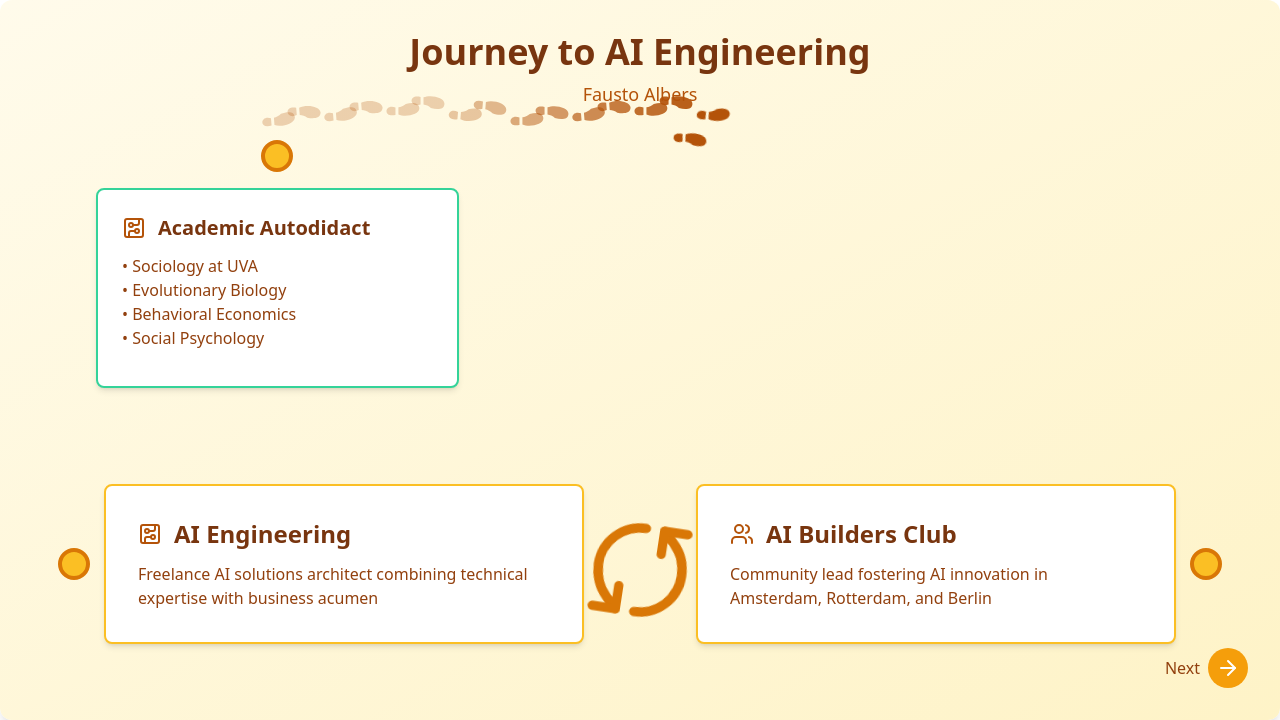
Repository: Galbaz1/dell_presentation
Page: /
The author's editor kept a copy of each file at every save. The page is drawn from the files as they stood at one save, then again after the next save.
The browser window is 1280 px wide. The pictures show the whole page.
The project was rebuilt for these pictures with package versions that can differ from the ones it lists, and the page was loaded fresh each time. The framework's server and built-in components were replaced by stand-ins that run in the browser. Also part of the build but not shown: styles/animations/slide2.css.

Above is the page before, as saved 2024-11-12 13:31:18.

After the next save:
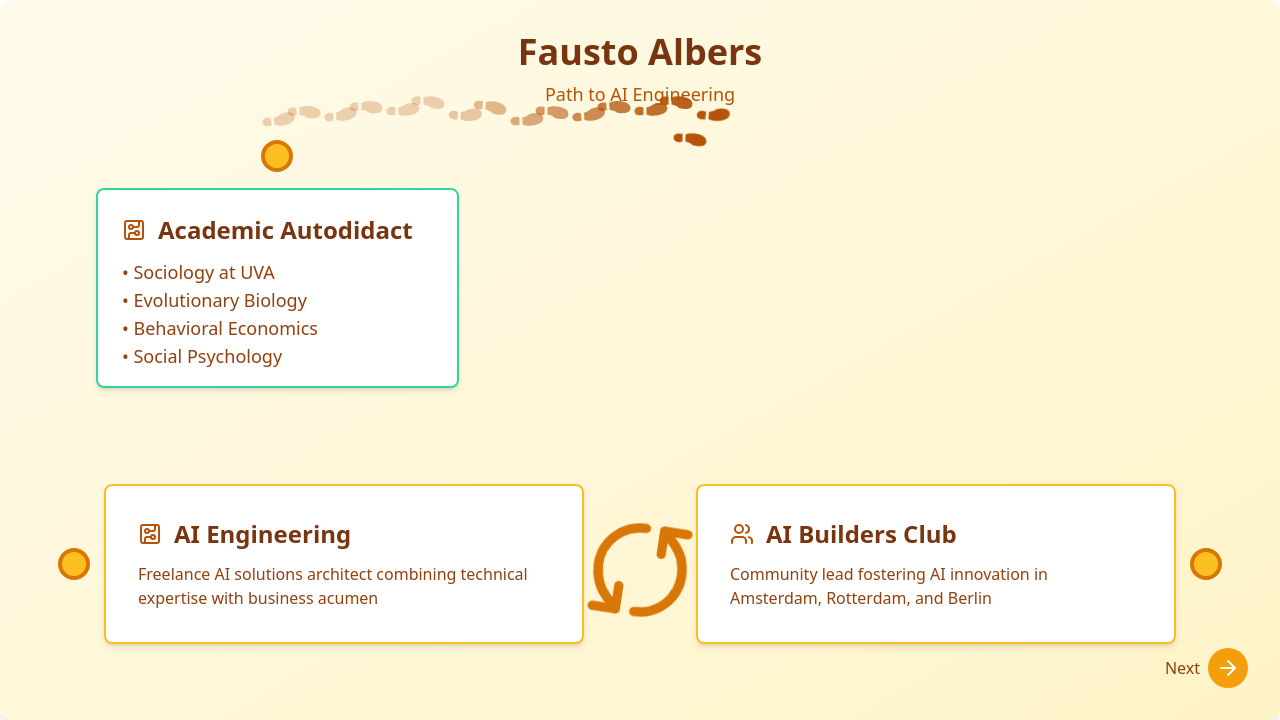
Saved 18 min 16 s later.
--- a/pages/index.tsx
+++ b/pages/index.tsx
@@ -8,8 +8,8 @@ const SpeakerSlide: React.FC = () => {
     <div className="bg-gradient-to-br from-amber-50 to-amber-100 p-8 rounded-xl shadow-lg min-h-screen overflow-hidden relative">
       {/* Header */}
       <div className="mb-12 text-center">
-        <h1 className="text-4xl font-bold text-amber-900 mb-2">Journey to AI Engineering</h1>
-        <p className="text-lg text-amber-700">Fausto Albers</p>
+        <h1 className="text-4xl font-bold text-amber-900 mb-2">Fausto Albers</h1>
+        <p className="text-lg text-amber-700">Path to AI Engineering</p>
       </div>
 
       {/* Journey Map */}
@@ -23,10 +23,10 @@ const SpeakerSlide: React.FC = () => {
               <div className="w-8 h-8 rounded-full bg-amber-400 border-4 border-amber-600" />
             </div>
             <div className="bg-white p-6 rounded-lg shadow-md mt-8 h-[200px] flex flex-col border-2 border-emerald-400">
-              <h2 className="text-xl font-semibold text-amber-900 mb-3 flex items-center">
+              <h2 className="text-2xl font-semibold text-amber-900 mb-3 flex items-center">
                 <CircuitBoard className="mr-3 text-amber-700 w-6 h-6" /> Academic Autodidact
               </h2>
-              <ul className="text-base text-amber-800 flex-1">
+              <ul className="text-lg text-amber-800 flex-1">
                 <li>• Sociology at UVA</li>
                 <li>• Evolutionary Biology</li>
                 <li>• Behavioral Economics</li>
@@ -41,10 +41,10 @@ const SpeakerSlide: React.FC = () => {
               <div className="w-8 h-8 rounded-full bg-amber-400 border-4 border-amber-600" />
             </div>
             <div className="bg-white p-6 rounded-lg shadow-md mt-8 h-[200px] flex flex-col border-2 border-emerald-400">
-              <h2 className="text-xl font-semibold text-amber-900 mb-3 flex items-center">
+              <h2 className="text-2xl font-semibold text-amber-900 mb-3 flex items-center">
                 <Building2 className="mr-3 text-amber-700 w-6 h-6" /> Business Leadership
               </h2>
-              <ul className="text-base text-amber-800 flex-1">
+              <ul className="text-lg text-amber-800 flex-1">
                 <li>• Restaurant Owner</li>
                 <li>• Cocktail Bars</li>
                 <li>• Event Company</li>
@@ -59,10 +59,10 @@ const SpeakerSlide: React.FC = () => {
               <div className="w-8 h-8 rounded-full bg-amber-400 border-4 border-amber-600" />
             </div>
             <div className="bg-white p-6 rounded-lg shadow-md mt-8 h-[200px] flex flex-col border-2 border-emerald-400">
-              <h2 className="text-xl font-semibold text-amber-900 mb-3 flex items-center">
+              <h2 className="text-2xl font-semibold text-amber-900 mb-3 flex items-center">
                 <Code className="mr-3 text-amber-700 w-6 h-6" /> Tech Innovation
               </h2>
-              <ul className="text-base text-amber-800 flex-1">
+              <ul className="text-lg text-amber-800 flex-1">
                 <li>• Back-end Development</li>
                 <li>• Waitless - QR POS System</li>
                 <li>• Waitler - LLM Chat App</li>
